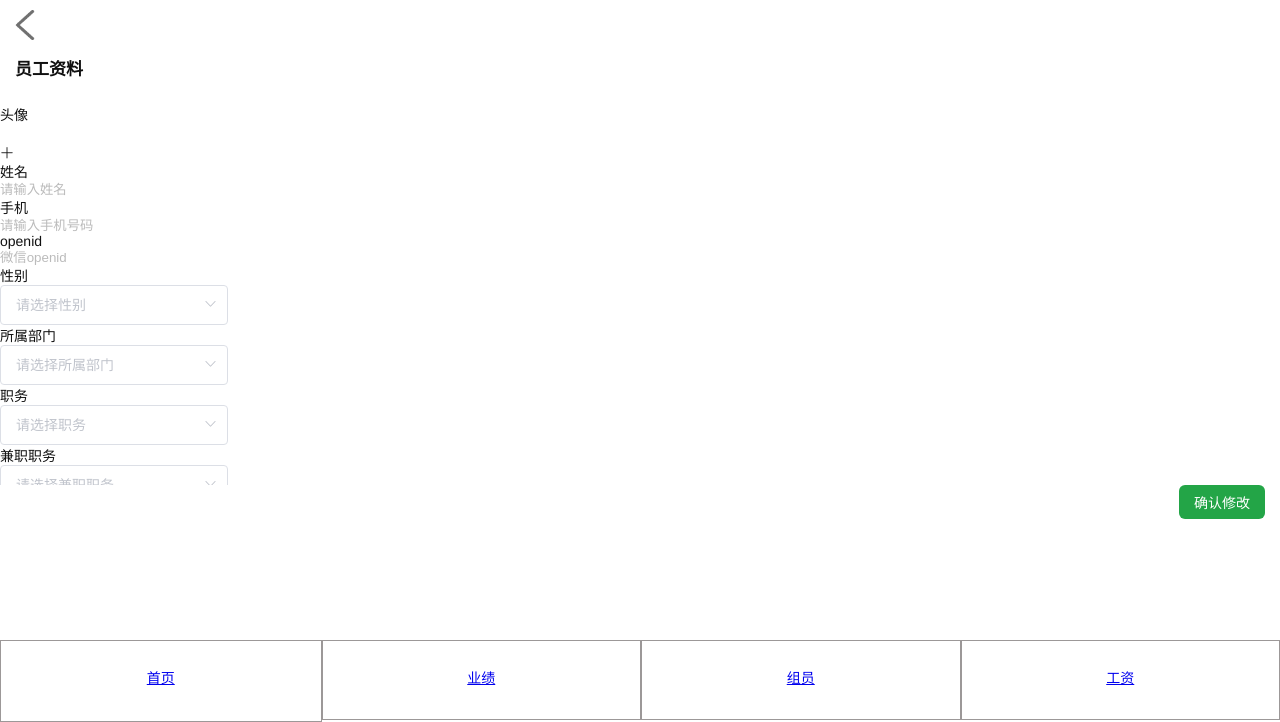
Repository: panlin520-team/lnmj-staffH5
Page: /#/homepage
These files come from the project's save history. The page is drawn as it stood at one moment and after the next save; the edit follows.
The browser window is 1280 px wide. The pictures show the whole page.
An inner scrolling area shows only its first screen. The project was rebuilt for these pictures with package versions that can differ from the ones it lists, and the page was loaded fresh each time. Also part of the build but not shown: src/views/Lojin.vue.

Above is the page before, as saved 2020-04-08 15:09:36.

### src/main.js
import Vue from 'vue'
import App from './App.vue'
import router from './router'
import store from './store'
import ElementUI from 'element-ui'
import '@/assets/scss/reset.less'
import 'element-ui/lib/theme-chalk/index.css';
Vue.use(ElementUI)


Vue.config.productionTip = false

new Vue({
  router,
  store,
  render: h => h(App)
}).$mount('#app')

### src/App.vue
<template>
  <div id="app">
    <router-view />
  </div>
</template>
<script>
export default {
  data() {
    return {
    };
  },
  created() {},
  methods: {
  }
};
</script>
<style lang="less">
</style>

### src/router/index.js
import Vue from 'vue'
import VueRouter from 'vue-router'
import Lojin from '../views/Lojin.vue'

Vue.use(VueRouter)

const routes = [
  //首页登录
  {
    path: '/',
    name: 'Lojin',
    component: Lojin
  },
  //首页登录
  {
    path: '/Lojin',
    name: 'Lojin',
    component: Lojin
  },
  //用户注册
  {
    path: '/register',
    name: 'Register',
    component: () => import('../views/Register.vue')
  },
  //用户忘记密码
  {
    path: '/forgetpassword',
    name: 'Forgetpassword',
    component: () => import('../views/Forgetpassword.vue')
  },
  //登录首页
  {
    path: '/homepage',
    name: 'Homepage',
    component: () => import('../views/Homepage.vue')
  },
  //业绩
  {
    path: '/performance',
    name: 'Performance',
    component: () => import('../views/Performance.vue')
  },
  //组员
  {
    path: '/crew',
    name: 'Crew',
    component: () => import('../views/Crew.vue')
  },
  //工资
  {
    path: '/salary',
    name: 'Salary',
    component: () => import('../views/Salary.vue')
  },
]

const router = new VueRouter({
  routes
})

export default router

### src/assets/scss/reset.less
* {
  margin: 0;
  padding: 0;
}

div {
  box-sizing: border-box;
  -webkit-tap-highlight-color: rgba(0, 0, 0, 0);
  // -webkit-user-select: none;
}

img {
  border: 0;
}

ul,
ol {
  list-style: none;
}

textarea {
  // 禁止调节文本域尺寸
  resize: none;
  outline-style: none;
  -webkit-appearance: none;
}

input,
button {
  outline-style: none;
  box-sizing: border-box;
  border: none;
}

// 输入框提示文本颜色设置
input::-moz-focus-inner {
  border: 0;
}

input::-webkit-input-placeholder {
  /* WebKit browsers */
  color: #BBB;
}

input::-moz-placeholder {
  /* Mozilla Firefox 19+ */
  color: #BBB;
}

input:-ms-input-placeholder {
  /* Internet Explorer 10+ */
  color: #BBB;
}

html,
body {
  width: 100%;
  height: 100%;
}

body {
  background-color: #ffffff;
  font-family: "Helvetica Neue", Helvetica, "PingFang SC", "Hiragino Sans GB", "Microsoft YaHei", "微软雅黑", Arial, sans-serif;
  font-size: 14px;
  color: #101010;
}

#app {
  position: relative;
  width: 100%;
  height: 100%;
}

// 滚动条尺寸
div::-webkit-scrollbar {
  width: 10px;
  height: 10px;
}

// 滚动条内部方块
// div::-webkit-scrollbar-thumb {
//   border-radius: 10px;
//   box-shadow: inset 0 0 5px rgba(0, 0, 0, 0.2);
//   background: #52BD3A;
// }

// 滚动条轨道
// div::-webkit-scrollbar-track {
//   box-shadow: inset 0 0 5px rgba(0, 0, 0, 0.2);
//   border-radius: 10px;
//   background: rgba(0, 0, 0, 0.1);
// }

.topBand {
  width: 100%;
  height: 80px;
  background: #23A547;
  display: flex;
  position: fixed;
  top: 0;
  left: 0;
  z-index: 100;
}

.container {
  display: flex;
  background: #ffffff;
  padding-top: 80px;
  z-index: 99;
  height: 100%;

  .aside {
    width: 200px;
    min-width: 200px;
    overflow: hidden;
    white-space: nowrap;
    text-overflow: ellipsis;
    position: fixed;
    top: 80px;
    bottom: 0;
    left: 0;
  }

  .main {
    flex: 1;

    &.active {
      padding-left: 200px;
    }
  }
}

.footer {
  height: 80px;
  background: #23A547;
}

.scrollX {
  overflow-x: auto;
  overflow-y: hidden;
}

.scrollY {
  overflow-x: hidden;
  overflow-y: auto;
}

.popPage {
  position: fixed;
  top: 0;
  left: 0;
  width: 100%;
  height: 100%;
  padding: 20px;
  z-index: 100;
  background-color: #ffffff;
}

.nowrap {
  overflow: hidden;
  white-space: nowrap;
  text-overflow: ellipsis;
}

.btn-pointer {
  cursor: pointer;
}

### src/views/Homepage.vue
 <!--登录首页-->
<template>
  <div class="homepage">
    <div class="imgs" @click="returnLojin">
      <img src="../assets/images/icon-left.png" alt />
    </div>
    <!-- 中间 -->
    <div class="content">
      <div class="top" slot="top">
        <div class="title">员工资料</div>
      </div>
      <div class="main" slot="main">
        <div class="items scrollY" style="height:400px;">
          <!-- 头像上传 -->
          <div class="item">
            <label class="label-left" style="line-height: 60px;">头像</label>
            <div class="value">
              <el-upload
                class="avatar-uploader"
                :show-file-list="false"
                :action="uploadUrl"
                :on-success="handleAvatarSuccess"
                :before-upload="beforeAvatarUpload"
              >
                <img v-if="employeesDetails.headUrl" :src="employeesDetails.headUrl" class="avatar" />
                <i v-else class="el-icon-plus avatar-uploader-icon"></i>
                <!-- <img v-if="imageUrl" :src="imageUrl" class="avatar" />
                <i v-else class="el-icon-plus avatar-uploader-icon"></i>-->
              </el-upload>
            </div>
          </div>
          <div class="item">
            <label class="label-left">姓名</label>
            <div class="value">
              <input
                type="text"
                placeholder="请输入姓名"
                v-model="employeesDetails.name"
                class="input-value"
              />
            </div>
          </div>
          <div class="item">
            <label class="label-left">手机</label>
            <div class="value">
              <input
                type="text"
                placeholder="请输入手机号码"
                v-model="employeesDetails.mobile"
                class="input-value"
              />
            </div>
          </div>
          <div class="item">
            <label class="label-left">openid</label>
            <div class="value">
              <input
                type="text"
                placeholder="微信openid"
                v-model="employeesDetails.openid"
                class="input-value"
              />
            </div>
          </div>
          <div class="item">
            <label class="label-left">性别</label>
            <div class="value">
              <el-select v-model="employeesDetails.gender" placeholder="请选择性别">
                <el-option
                  v-for="item in genders"
                  :key="item.value"
                  :label="item.name"
                  :value="item.value"
                ></el-option>
              </el-select>
            </div>
          </div>
          <!-- <div class="item">
                <label class="label-left">所属分组</label>
                <div class="value">
                  <el-select v-model="employeesDetails.groupId" placeholder="请选择分组">
                    <el-option
                      v-for="item in groups"
                      :key="item.groupId"
                      :label="item.name"
                      :value="item.groupId"
                    ></el-option>
                  </el-select>
                </div>
          </div>-->
          <div class="item">
            <label class="label-left">所属部门</label>
            <div class="value">
              <el-select v-model="part_department" @change="changedepartment" placeholder="请选择所属部门">
                <el-option
                  v-for="item in part_partment"
                  :key="item.id"
                  :label="item.name"
                  :value="item.id"
                ></el-option>
              </el-select>
            </div>
          </div>
          <div class="item">
            <label class="label-left">职务</label>
            <div class="value">
              <el-select v-model="employeepostName" @change="changedeptails" placeholder="请选择职务">
                <el-option
                  v-for="item in postNames"
                  :key="item.postId"
                  :label="item.name"
                  :value="item.postId"
                ></el-option>
              </el-select>
            </div>
          </div>
          <div class="item">
            <label class="label-left">兼职职务</label>
            <div class="value">
              <el-select v-model="part_timeJobe" @change="changejobe" placeholder="请选择兼职职务">
                <el-option
                  v-for="item in part_timeNames"
                  :key="item.postId"
                  :label="item.name"
                  :value="item.postId"
                ></el-option>
              </el-select>
            </div>
          </div>

          <div class="item">
            <label class="label-left">是否兼职</label>
            <div class="value">
              <el-select v-model="part_trueJobe" @change="changetrueJobe" placeholder="请确认是否兼职">
                <el-option
                  v-for="item in part_trueNames"
                  :key="item.postId"
                  :label="item.name"
                  :value="item.postId"
                ></el-option>
              </el-select>
            </div>
          </div>
          <div class="item">
            <label class="label-left">计算底薪</label>
            <div class="value">
              <el-select v-model="isBasicSalarer" @change="changeSalary" placeholder="是否计算底薪">
                <el-option
                  v-for="item in isBasicSalary"
                  :key="item.value"
                  :label="item.label"
                  :value="item.value"
                ></el-option>
              </el-select>
            </div>
          </div>
          <!-- <div class="item">
            <label class="label-left">级别</label>
            <div class="value">
              <el-select v-model="employeesDetails.postLevel" placeholder="请选择级别">
                <el-option
                  v-for="item in levels"
                  :key="item.postLevelId"
                  :label="item.postLevelName"
                  :value="item.postLevelId"
                ></el-option>
              </el-select>
            </div>
          </div>-->
          <div class="item">
            <label class="label-left">入职时间</label>
            <div class="value">
              <el-date-picker
                v-model="employeesDetails.entryTime"
                :editable="false"
                :clearable="false"
                align="center"
                type="date"
                format="yyyy-MM-dd"
                value-format="yyyy-MM-dd"
                placeholder="选择入职时间"
                class="setEmpDatePicker"
              ></el-date-picker>
            </div>
          </div>
          <div class="item">
            <label class="label-left">目前状态</label>
            <div class="value">
              <el-select v-model="workingState" @change="changezhtai" placeholder="请选择员工目前状态">
                <el-option
                  v-for="item in workingStates"
                  :key="item.state"
                  :label="item.name"
                  :value="item.state"
                ></el-option>
              </el-select>
            </div>
          </div>
        </div>
      </div>
      <div class="bottom" slot="bottom">
        <div class="btn-save btn-pointer" @click="newEmployees">确认修改</div>
      </div>
    </div>
    <!-- 底部导航 -->
    <div class="switchoverBtn">
      <Btnnavigation></Btnnavigation>
    </div>
  </div>
</template>


<script>
//引入模块
import Btnnavigation from "@/components/Btnnavigation.vue";

export default {
  name: "homepage",
  components: { Btnnavigation },
  data() {
    return {
      //员工信息
      employeesDetails: {
        name: "",
        mobile: "",
        openid: "",
        gender: "",
        entryTime: "",
      },
      //部门
      part_department: "",
      part_partment: [],
      //职务
      employeepostName: "",
      postNames: [],
      //兼职职务
      part_timeJobe: "",
      part_timeNames: [],
      //是否兼职
      part_trueJobe: "",
      part_trueNames: [
        {
          postId: 1,
          name: "是"
        },
        {
          postId: 0,
          name: "否"
        }
      ],
      //是否计算底薪
      isBasicSalarer: "",
      isBasicSalary: [
        {
          value: 0,
          label: "否"
        },
        {
          value: 1,
          label: "是"
        }
      ],
      //目前状态
      workingState: "",
      workingStates: [
        {
          state: 1,
          name: "在职"
        },
        {
          state: 0,
          name: "离职"
        }
      ],
      //性别
      genders: [
        {
          value: 0,
          name: "女"
        },
        {
          value: 1,
          name: "男"
        }
      ]
    };
  },
  created() {},
  methods: {
    //返回登录页面
    returnLojin() {
      const _this = this;
      _this.$router.replace("/Lojin");
    },
    //修改
    newEmployees() {},
    //修改部门
    changedepartment() {},
    //修改职务
    changedeptails() {},
    //修改兼职职务
    changejobe() {},
    //是否兼职
    changetrueJobe() {},
    //是否计算底薪
    changeSalary() {}
  }
};
</script>

<style lang="less" scoped>
.homepage {
  width: 100%;
  height: 100%;
  position: relative;
  .imgs {
    width: 50px;
    height: 50px;
    padding: 10px;
    img {
      width: 100%;
      height: 100%;
    }
  }
  .content {
    .top {
      padding: 5px 15px;
    }
    .title {
      font-size: 17px;
      font-weight: 700;
    }

    .bottom {
      text-align: right;

      .btn-save {
        padding: 7px 15px;
        font-size: 14px;
        margin-right: 15px;
        border-radius: 6px;
        color: #ffffff;
        background-color: #23a547;
        text-align: center;
        display: inline-block;
      }
      .iconfont {
        font-size: 25px;
      }
      .btn-del {
        padding: 7px 15px;
        font-size: 14px;
        margin-right: 15px;
        border-radius: 6px;
        color: #ffffff;
        background: #e6a23c;
        text-align: center;
        display: inline-block;
      }
    }
  }
  .switchoverBtn {
    position: absolute;
    bottom: 0;
    width: 100%;
    height: 80px;
    z-index: 999;
  }
}
</style>

### src/components/Btnnavigation.vue
 <!--底部导航-->
<template>
  <div class="btnnavigation">
    <!-- <div class="somenavigation">
      <div class="navitnew">
      <router-link to="/homepage">首页</router-link>
      </div>
    </div>-->
    <router-link class="somenavigation" to="/homepage">
      <div class="navitnew">首页</div>
    </router-link>

    <div class="somenavigation">
      <div class="navitnew">
        <router-link to="/Performance">业绩</router-link>
      </div>
    </div>
    <div class="somenavigation">
      <div class="navitnew">
        <router-link to="/crew">组员</router-link>
      </div>
    </div>
    <div class="somenavigation">
      <div class="navitnew">
        <router-link to="/salary">工资</router-link>
      </div>
    </div>
  </div>
</template>

<script>
export default {
  name: "btnnavigation",
  components: {},
  data() {
    return {};
  },
  created() {},
  methods: {}
};
</script>

<style lang="less" scoped>
.btnnavigation {
  width: 100%;
  height: 100%;
  display: flex;
  .somenavigation {
    width: 25%;
    height: 100%;
    border: 1px solid rgb(156, 152, 152);
    .navitnew {
      text-align: center;
      line-height: 75px;
    }
  }
}
</style>

Loaded but not shown: public/index.html (common file); src/store/index.js (common file)

After the next save:
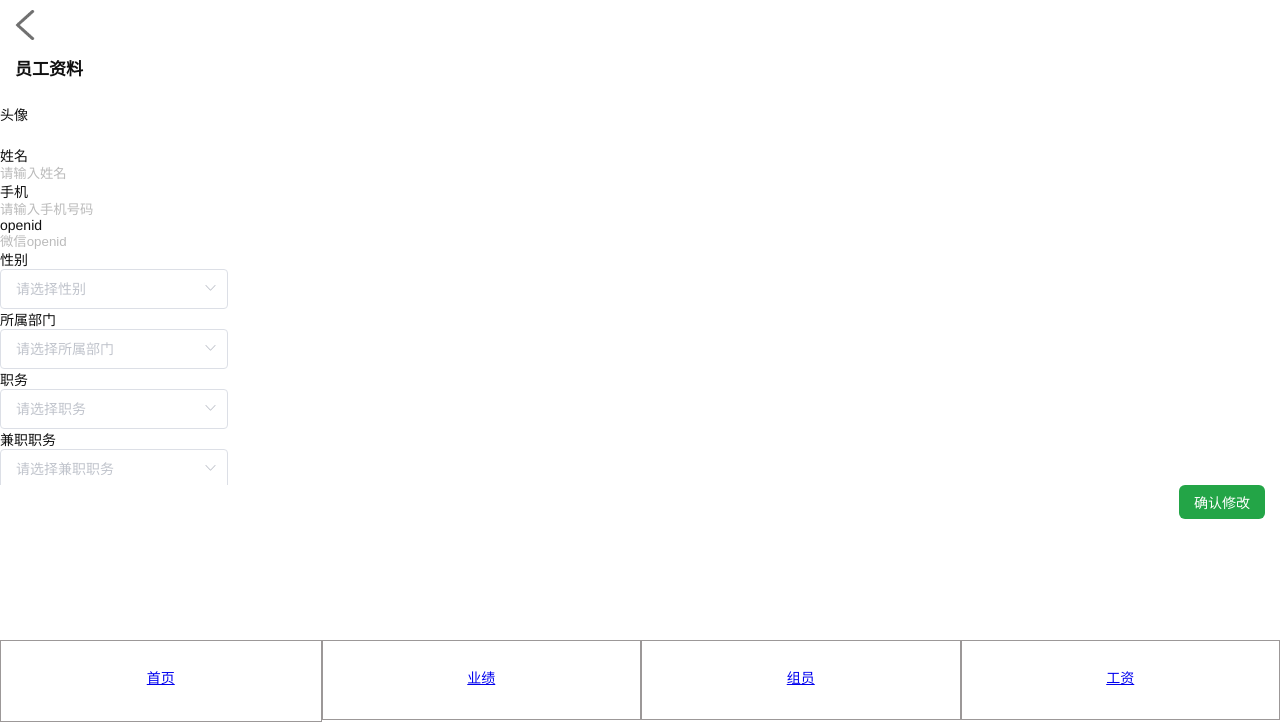
Saved 32 s later.
--- a/src/views/Homepage.vue
+++ b/src/views/Homepage.vue
@@ -15,18 +15,7 @@
           <div class="item">
             <label class="label-left" style="line-height: 60px;">头像</label>
             <div class="value">
-              <el-upload
-                class="avatar-uploader"
-                :show-file-list="false"
-                :action="uploadUrl"
-                :on-success="handleAvatarSuccess"
-                :before-upload="beforeAvatarUpload"
-              >
-                <img v-if="employeesDetails.headUrl" :src="employeesDetails.headUrl" class="avatar" />
-                <i v-else class="el-icon-plus avatar-uploader-icon"></i>
-                <!-- <img v-if="imageUrl" :src="imageUrl" class="avatar" />
-                <i v-else class="el-icon-plus avatar-uploader-icon"></i>-->
-              </el-upload>
+
             </div>
           </div>
           <div class="item">
